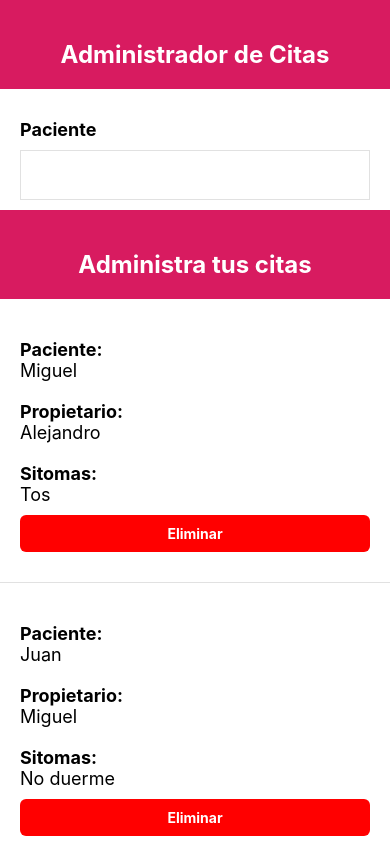
Repository: AleMicky/citas
Screen: /
The author's editor kept a copy of each file at every save. The screen is drawn from the files as they stood at one save, then again after the next save.
An inner scrolling area shows only its first screen. The app was drawn by React Native's web renderer in a window 390 px wide. The project was rebuilt for these pictures with package versions that can differ from the ones it lists, and the page was loaded fresh each time.

Above is the screen before, as saved 2020-06-27 01:03:53.

After the next save:
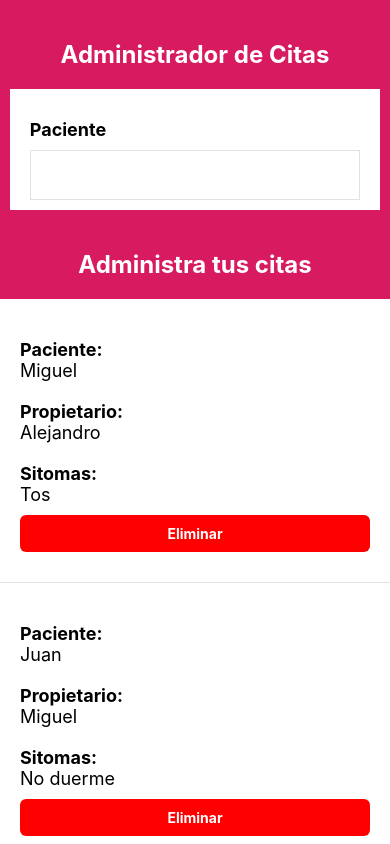
Saved 28 s later.
--- a/src/components/Formulario.js
+++ b/src/components/Formulario.js
@@ -22,6 +22,7 @@ const styles = StyleSheet.create({
         backgroundColor:'#ffff',
         paddingHorizontal:20,
         paddingVertical:10,
+        marginHorizontal:'2.5%'
     },
     label:{
         fontWeight:'bold',
